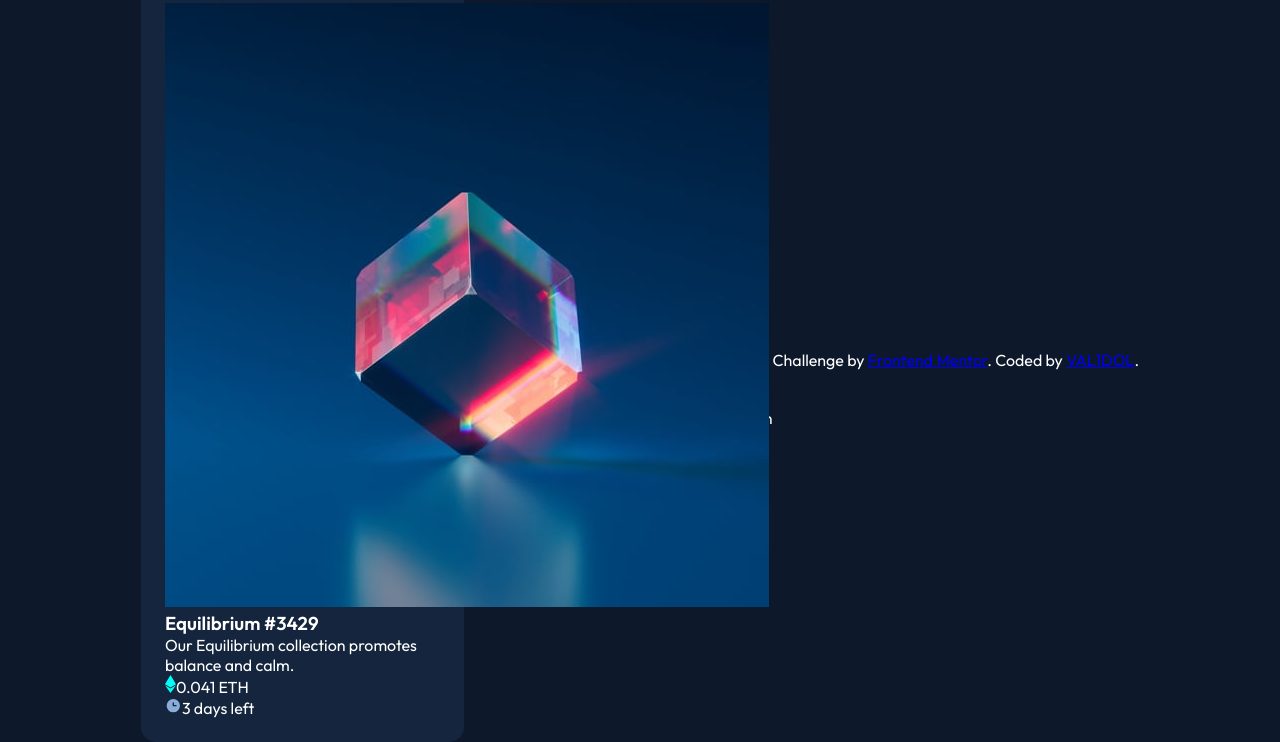
Repository: VAL1DOL-web/fm-NFT-preview-card-component
Page: index.html
An editor plug-in stored every save of this project. The page is shown before and after the next save, followed by the edit.
The browser window is 1280 px wide. The pictures show the whole page.

Above is the page before, as saved 2024-01-07 15:36:21.

### index.html
<!DOCTYPE html>
<html lang="en">
<head>
  <meta charset="UTF-8">
  <meta name="viewport" content="width=device-width, initial-scale=1.0"> <!-- displays site properly based on user's device -->

  <link rel="icon" type="image/png" sizes="32x32" href="./images/favicon-32x32.png">
  <link rel="stylesheet" href="style.css">

  <title>NFT preview card component</title>

</head>
<body>
  <div class="card">
    <div class="image">
      <img src="images/image-equilibrium.jpg" alt="" class="mainimg" >
    </div>
    <h3>Equilibrium #3429</h3>
    <div class="description">
      Our Equilibrium collection promotes balance and calm.
    </div>
    <div class="price-days">
      <div class="price">
        <img src="images/icon-ethereum.svg" alt="">0.041 ETH
      </div>
      <div class="days"><img src="images/icon-clock.svg" alt="">3 days left</div>
    </div>
  </div>
  <div class="creator">
    <img src="images/image-avatar.png" alt="">Creation of <span>Jules Wyvern</span>
  </div>
  <div class="attribution">
    Challenge by <a href="https://www.frontendmentor.io?ref=challenge" target="_blank">Frontend Mentor</a>.
    Coded by <a href="https://github.com/VAL1DOL-web">VAL1DOL</a>.
  </div>
</body>
</html>

### style.css
@import url('https://fonts.googleapis.com/css2?family=Outfit:wght@300;400;600&display=swap');

* {
    margin: 0;
    padding: 0;
  }
body {
    background: hsl(217, 54%, 11%);
    width: 100%;
    height: 100vh;
    color:white;
    display: flex;
    justify-content: center;
    align-items: center;
    font-family: 'Outfit', sans-serif;
  }
.card {
    background-color:hsl(216, 50%, 16%);
    border-radius:15px;
    width: 275px;
    padding: 1.5rem;
}
.image {
    position: relative;
}
.main img {
    width: 100%;
    height: 100%;
}

After the next save:
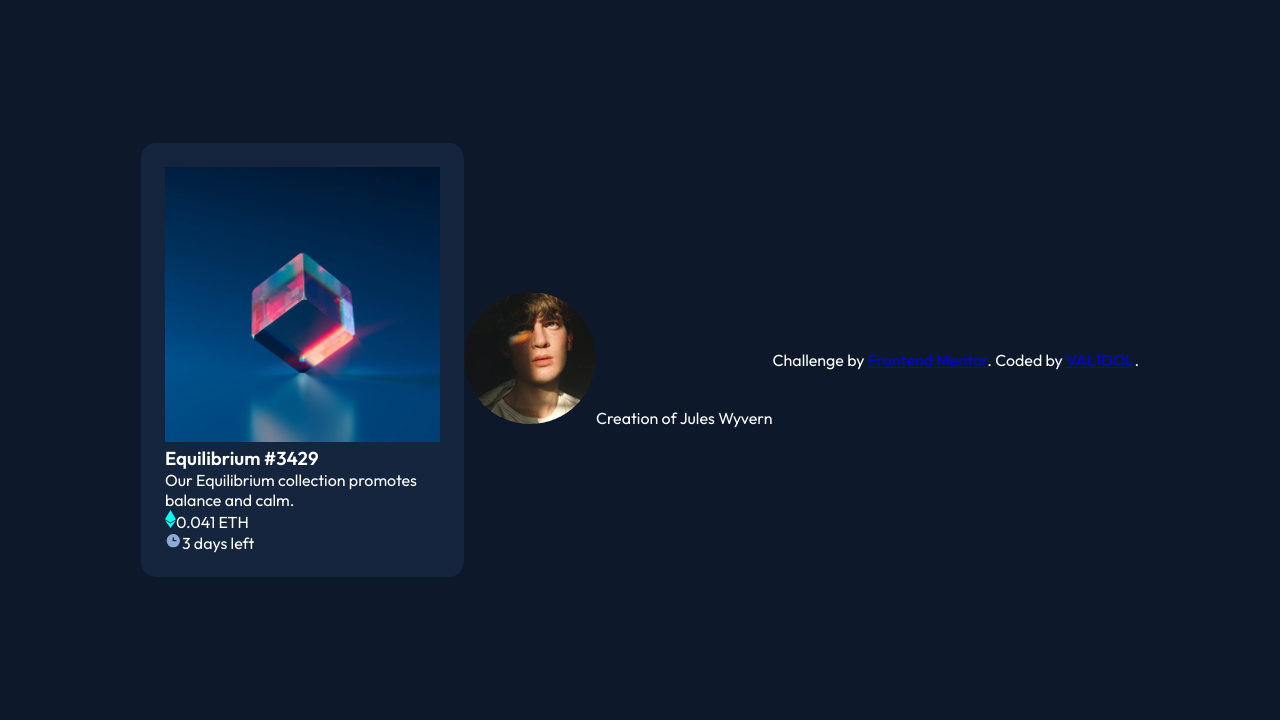
Saved 4 s later.
--- a/style.css
+++ b/style.css
@@ -23,7 +23,7 @@ body {
 .image {
     position: relative;
 }
-.main img {
+.mainimg {
     width: 100%;
     height: 100%;
 }

After the save that followed:
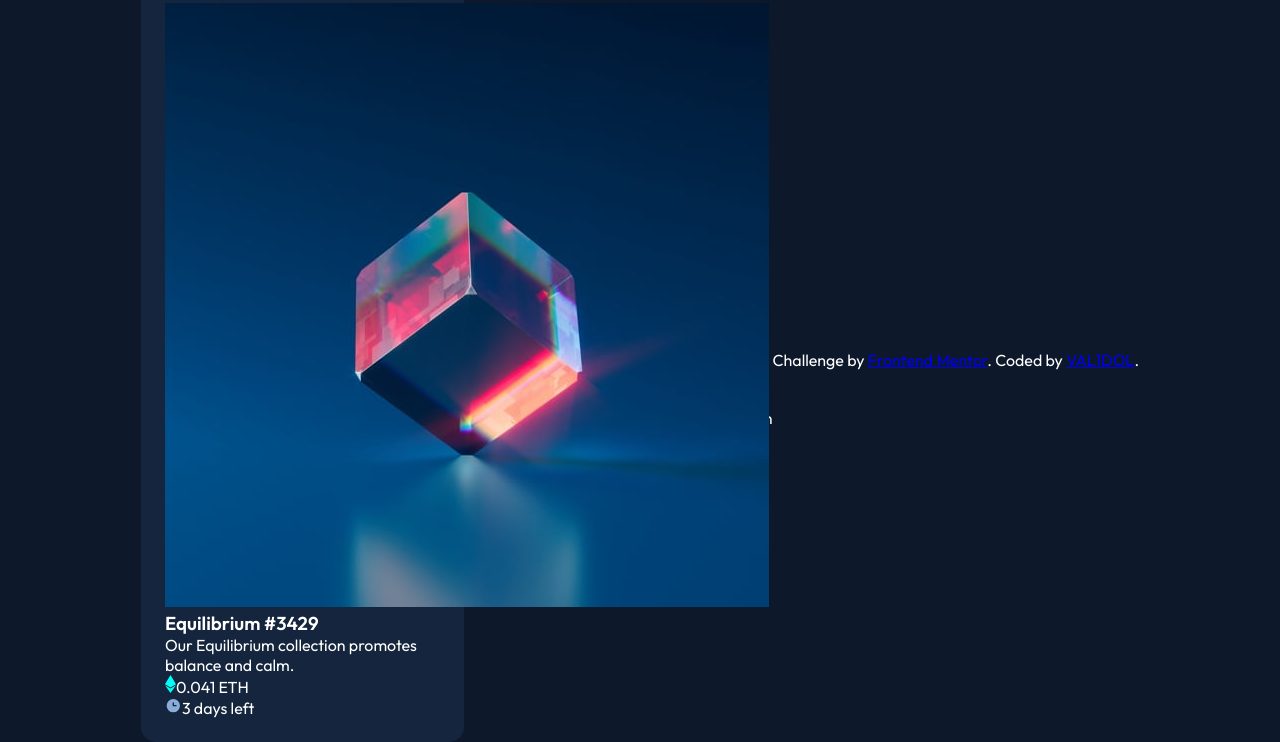
Saved 15 s later.
--- a/index.html
+++ b/index.html
@@ -13,7 +13,7 @@
 <body>
   <div class="card">
     <div class="image">
-      <img src="images/image-equilibrium.jpg" alt="" class="mainimg" >
+      <img src="images/image-equilibrium.jpg" alt="" class="mainImg" >
     </div>
     <h3>Equilibrium #3429</h3>
     <div class="description">
